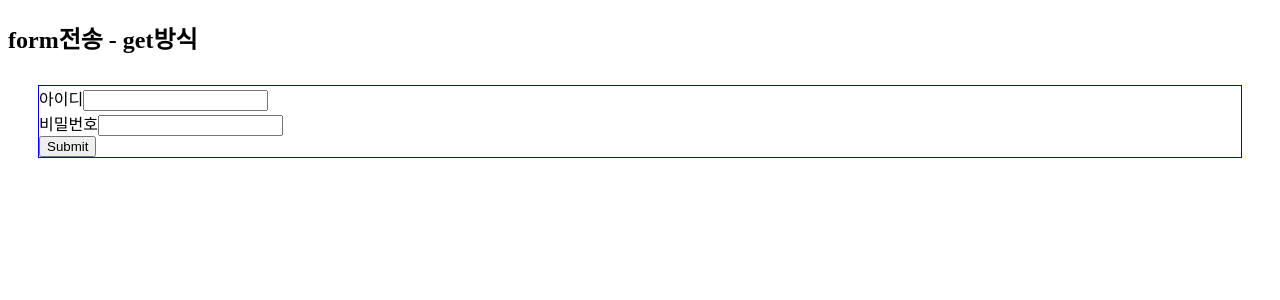
Repository: windy9109/FrontendClass
Page: webpro/src/main/webapp/0225/formDate.html
The author's editor kept a copy of each file at every save. The page is drawn from the files as they stood at one save, then again after the next save.
The browser window is 1280 px wide. The pictures show the whole page.

Above is the page before, as saved 2022-02-25 05:27:29.

### webpro/src/main/webapp/0225/formDate.html
<!DOCTYPE html>
<html>
<head>
<meta charset="UTF-8">
<title>Insert title here</title>
<style type="text/css">
form{
border: 1px solid blue;
margin: 30px;
}
</style>
</head>
<body>

	<h2>form전송 - get방식</h2>
	<form action="form_get.jsp" method="get">
		아이디<input type="text" name="id"><br>
		비밀번호<input type="passward" name="pass"><br>
		<input type="submit">
	</form>

</body>
</html>

After the next save:
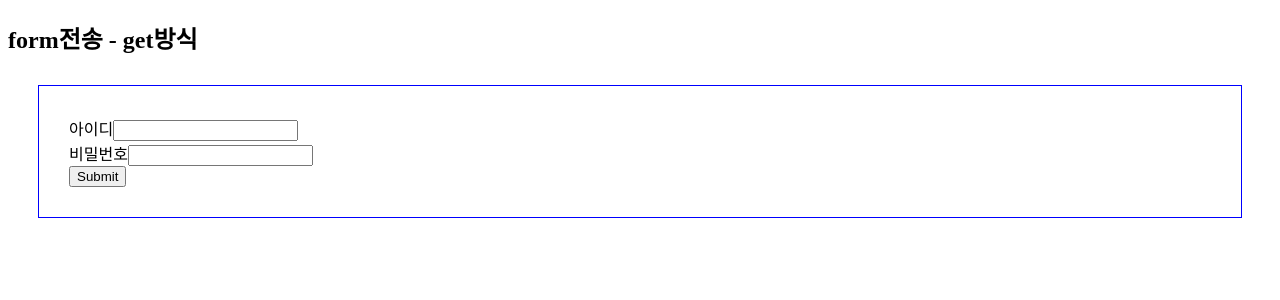
Saved 33 s later.
--- a/webpro/src/main/webapp/0225/formDate.html
+++ b/webpro/src/main/webapp/0225/formDate.html
@@ -7,6 +7,7 @@
 form{
 border: 1px solid blue;
 margin: 30px;
+padding: 30px;
 }
 </style>
 </head>
